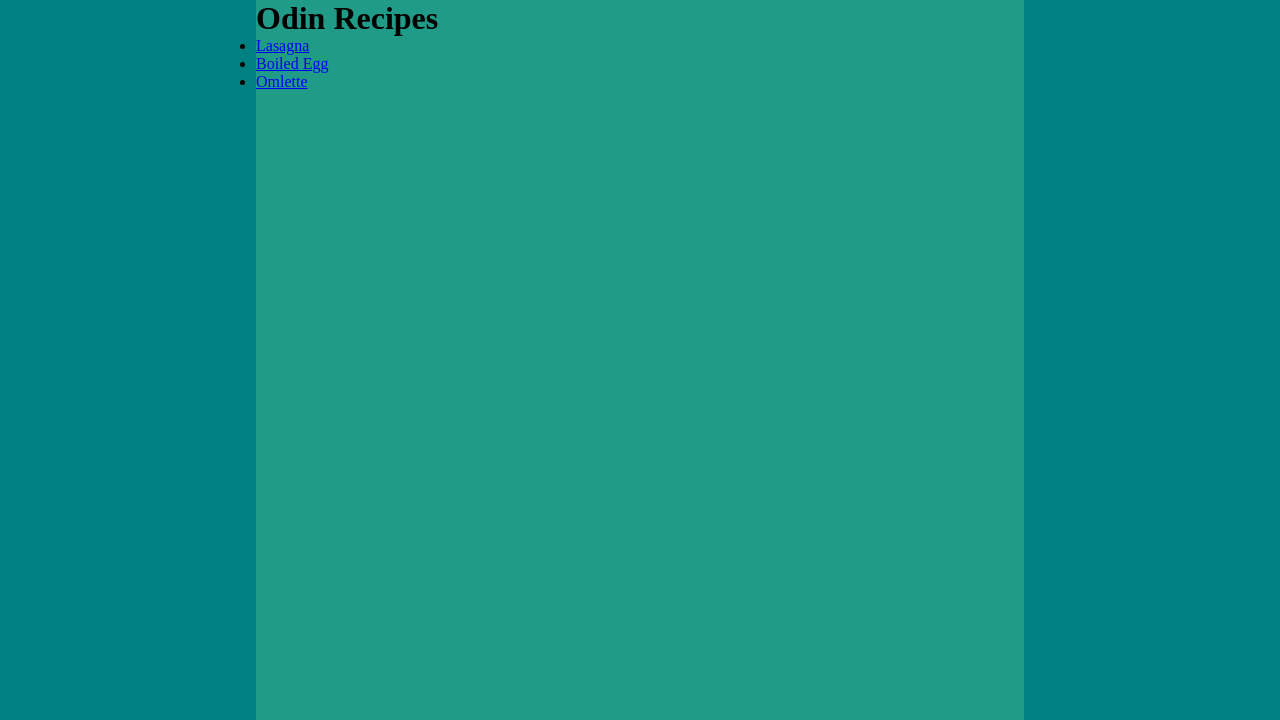
Repository: Pafestivo/odin-recipes
Page: index.html
An editor plug-in stored every save of this project. The page is shown before and after the next save, followed by the edit.
The browser window is 1280 px wide. The pictures show the whole page.

Above is the page before, as saved 2022-09-24 12:25:47.

### index.html
<!DOCTYPE html>
<html lang="en">
<head>
    <meta charset="UTF-8">
    <meta name="viewport" content="width=device-width, initial-scale=1.0">
    <link rel="stylesheet" href="css/styles.css">
    <title>Odin Recipes</title>
</head>
<body>
    <div class="container">
        <div class="inner">
            <h1>Odin Recipes</h1>
            <ul>
                <li><a href="recipes/lasagna.html">Lasagna</a></li>
                <li><a href="recipes/boiled-egg.html">Boiled Egg</a></li>
                <li><a href="recipes/omlette.html">Omlette</a></li>
            </ul>
        </div>
    </div>
</body>
</html>

### css/styles.css
* {
  box-sizing: border-box;
  padding: 0;
  margin: 0;
}

body {
  font-family: serif;
  background-color: #008080;
  padding: 1;
}

.container {
  background-color: #209B87;
  width: 60vw;
  height: 100vh;
  margin: 0 auto;
}

.inner {
  width: 50vw
}

After the next save:
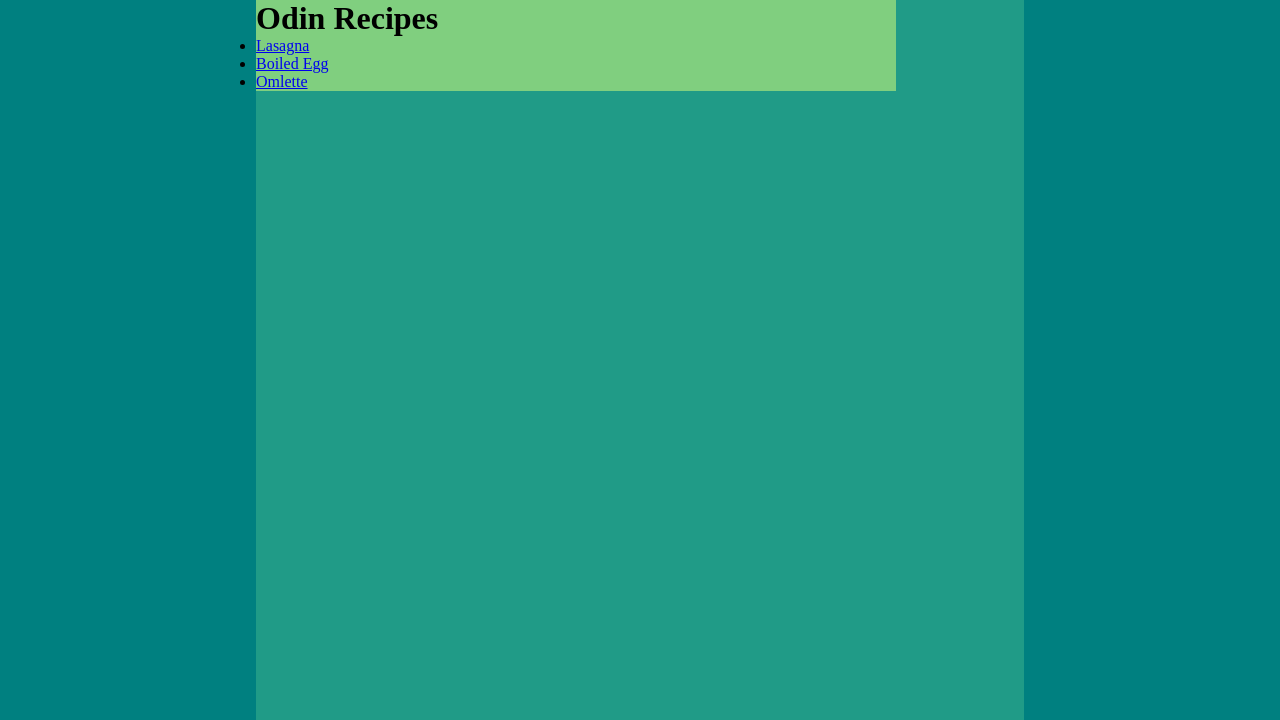
Saved 10 s later.
--- a/css/styles.css
+++ b/css/styles.css
@@ -18,5 +18,6 @@ body {
 }
 
 .inner {
-  width: 50vw
+  width: 50vw;
+  background-color: #80CF7F;
 }
